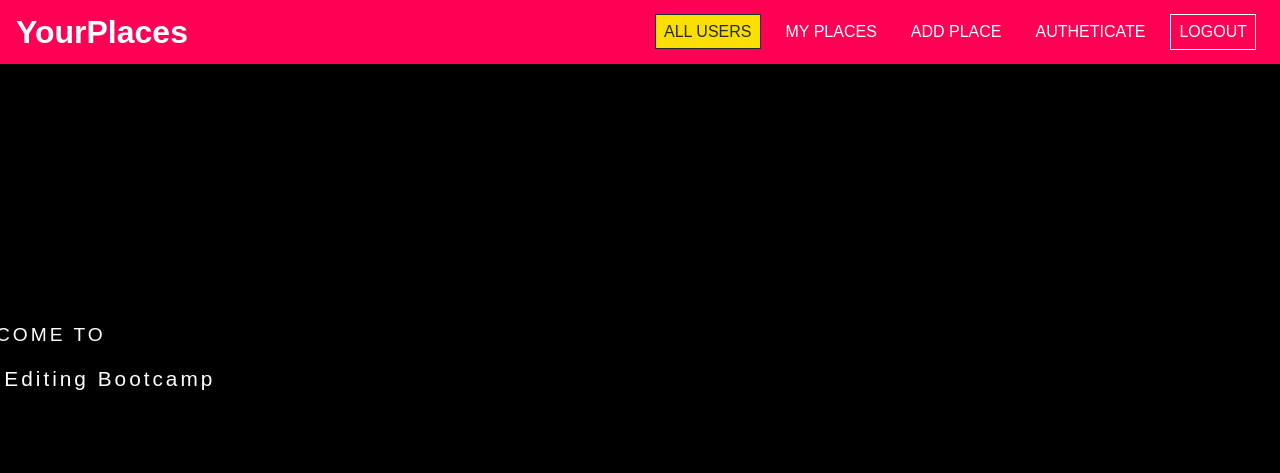
Repository: TanviSanyal/ImageEditingBootcamp
Page: /
An editor plug-in stored every save of this project. The page is shown before and after the next save, followed by the edit.
The browser window is 1280 px wide. The pictures show the whole page.
The project was rebuilt for these pictures with package versions that can differ from the ones it lists, and the page was loaded fresh each time. Also part of the build but not shown: src/shared/components/navigation/SideDrawer.css, src/shared/components/UIElements/Backdrop.css, src/shared/components/UIElements/Backdrop.js.

Above is the page before, as saved 2020-09-26 22:58:24.

After the next save:
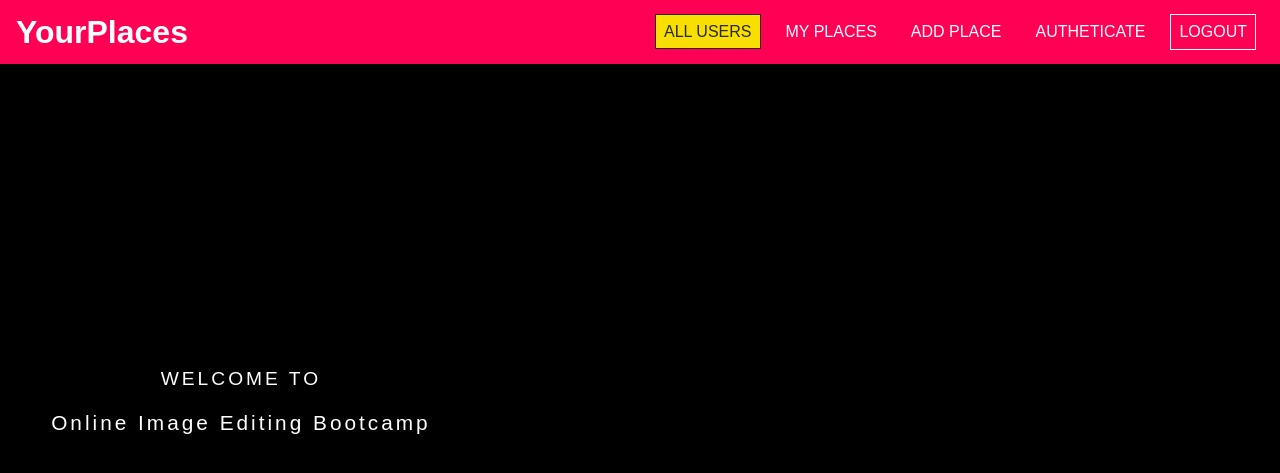
Saved 45 s later.
--- a/src/App.css
+++ b/src/App.css
@@ -9,7 +9,7 @@
   top: 40%;
   padding-left: 4%;
 
-  transform: translate(-50%,-50%);
+  /* transform: translate(-50%,-50%); */
 }
 
 span{
